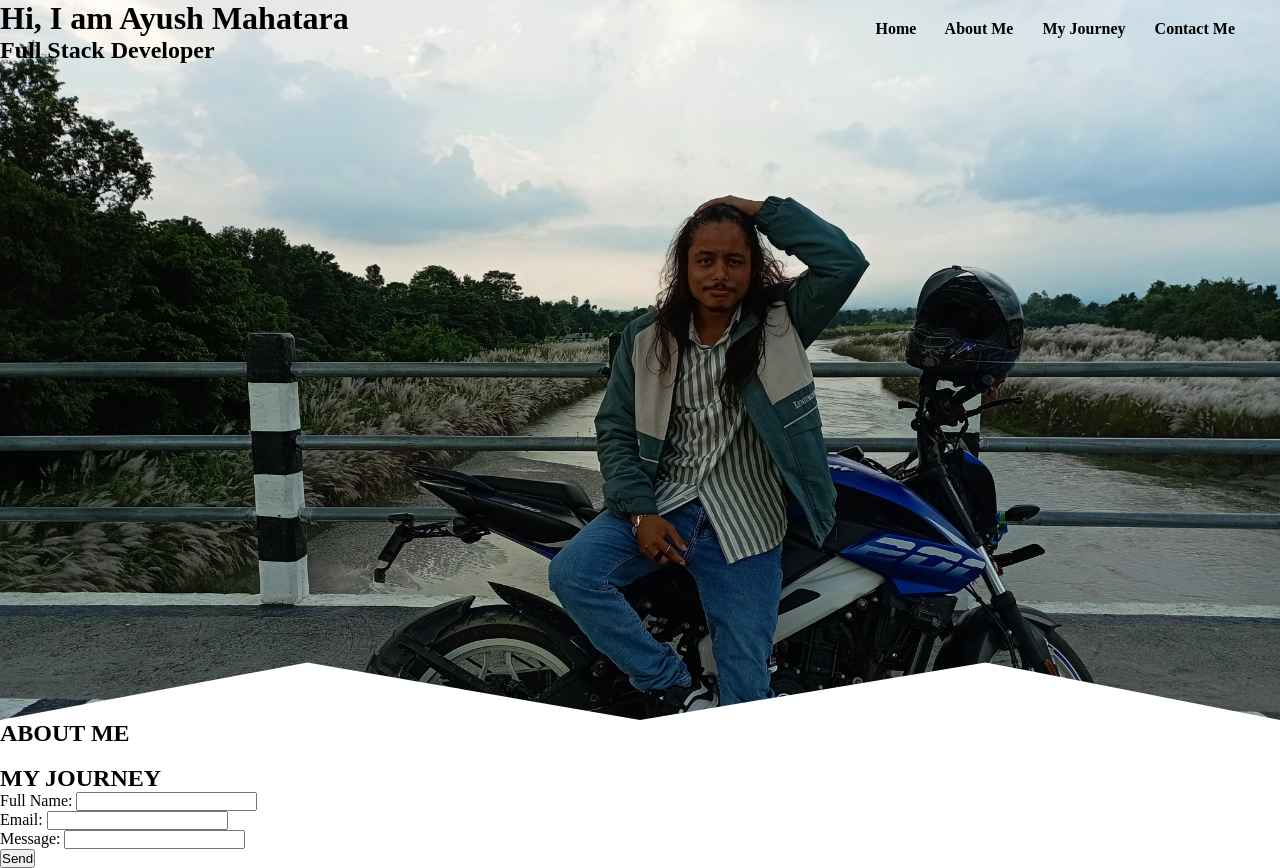
Repository: AyushMahatara/personal-website
Page: New folder/index.html
The author's editor kept a copy of each file at every save. The page is drawn from the files as they stood at one save, then again after the next save.
The browser window is 1280 px wide. The pictures show the whole page.
Backgrounds fixed to the window are drawn as part of the page.

Above is the page before, as saved 2023-07-20 16:37:57.

After the next save:
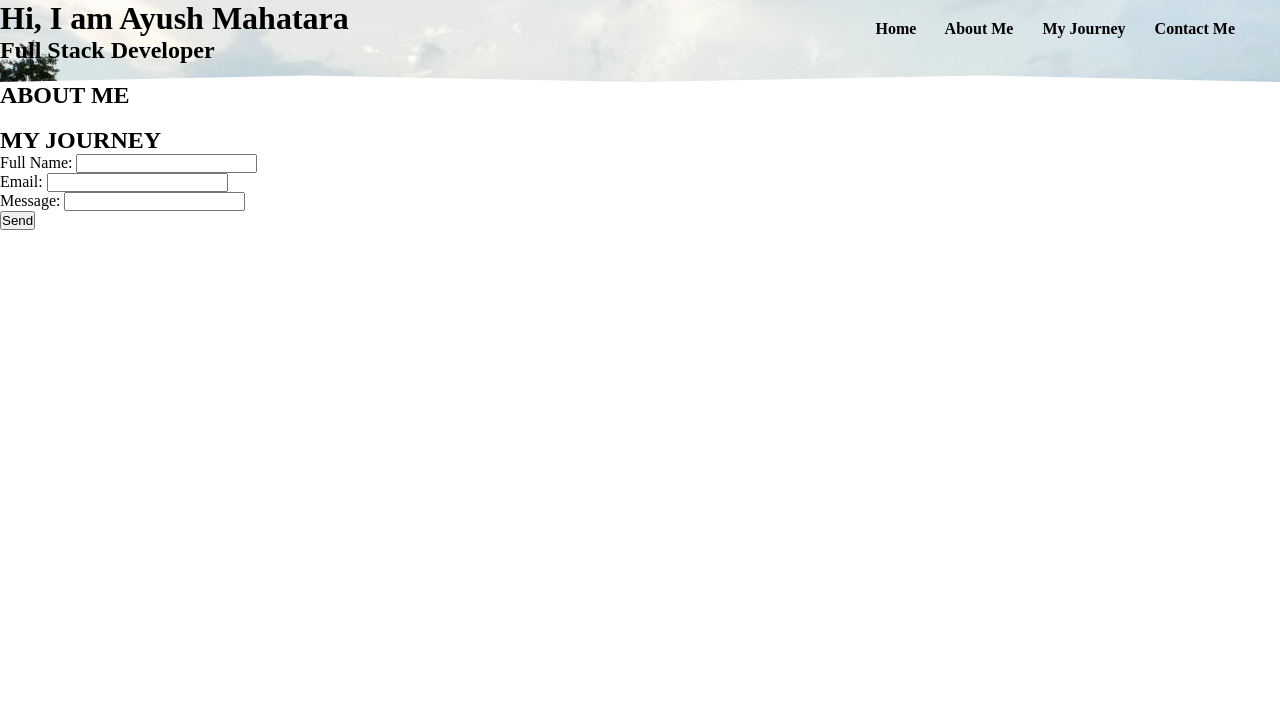
Saved 15 s later.
--- a/New folder/style.css
+++ b/New folder/style.css
@@ -10,7 +10,7 @@ header {
   background-repeat: no-repeat;
   background-attachment: fixed;
   width: 100%;
-  height: 100vh;
+  /* height: 100vh; */
   position: relative;
   clip-path: polygon(
     0 0,
